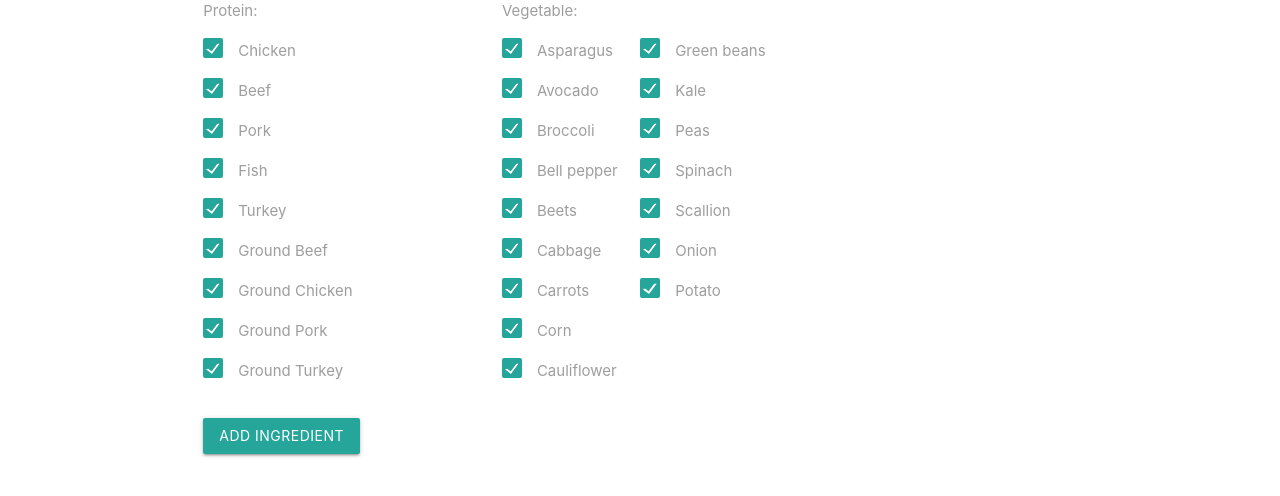
Repository: Aaron-R-Carter/Project1
Page: prototype.html
The author's editor kept a copy of each file at every save. The page is drawn from the files as they stood at one save, then again after a run of saves.
The browser window is 1280 px wide. The pictures show the whole page.

Above is the page before, as saved 2019-11-01 00:10:33.
Console error: SyntaxError: Unexpected token '<'

After the next 2 saves:
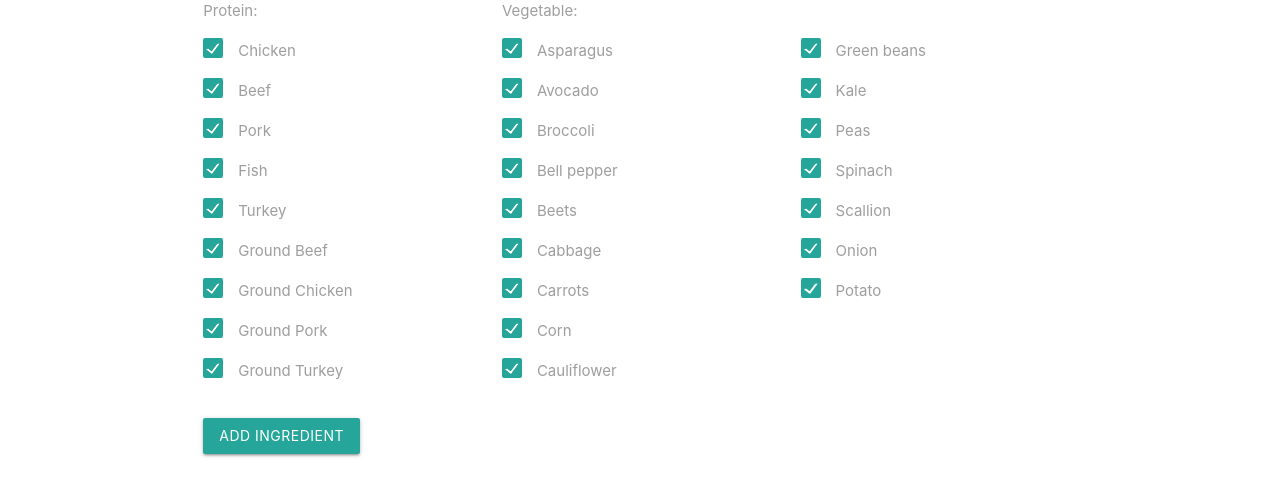
The 2 saves are shown as one change because they came seconds apart.
The last was saved 47 s later.
--- a/prototype.html
+++ b/prototype.html
@@ -77,7 +77,7 @@
                 </form>
             </div>
 
-            <div class="vegetable col 46">
+            <div class="vegetable col m4">
 
                 <form action="#">
                     <label type="text" class="label">Vegetable:</label>
